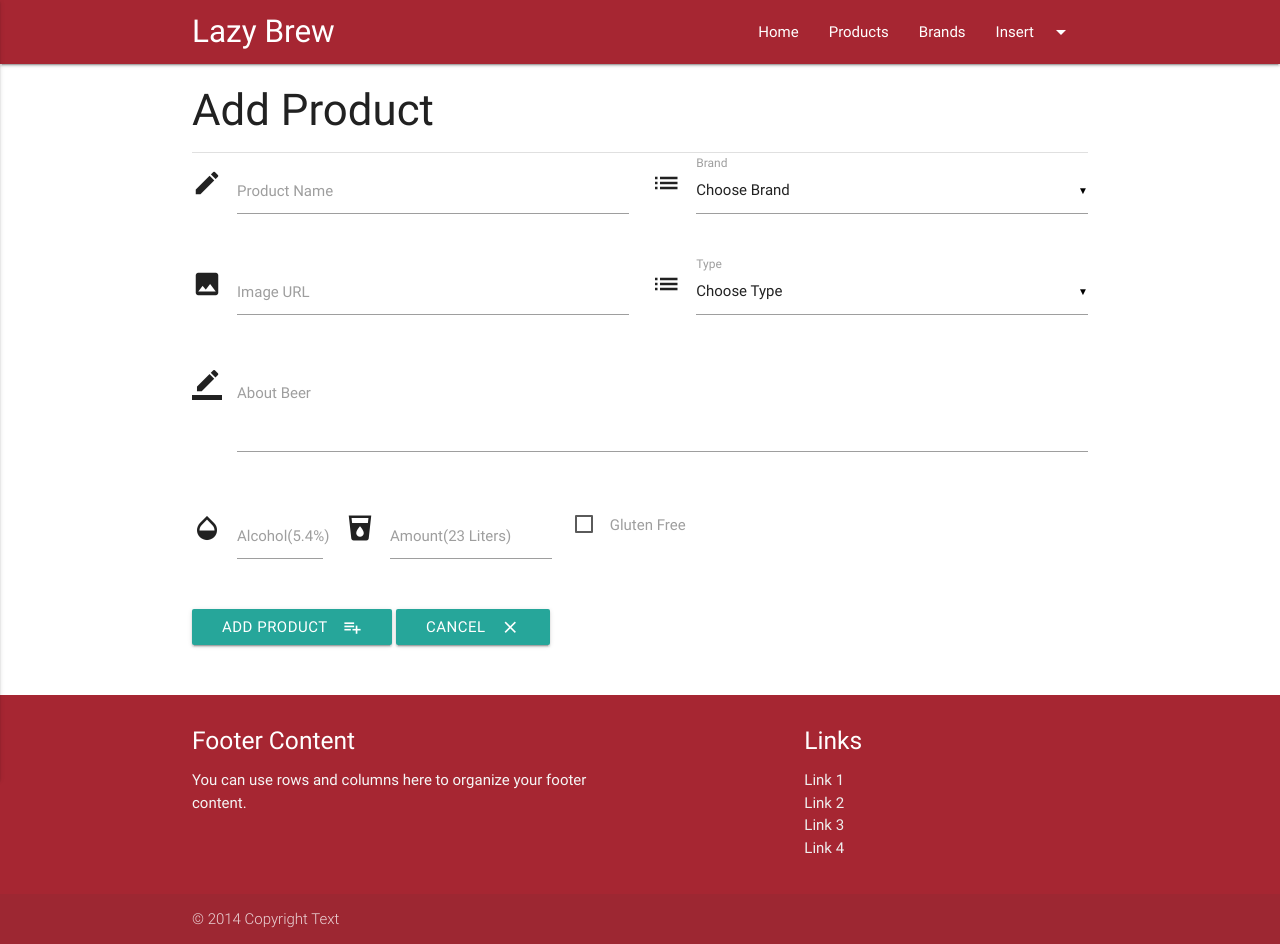
Repository: Leon2ev/lazy-brew
Page: http://localhost/add_product
The author's editor kept a record of every edit. The page is drawn from the files as they stood at one moment, then again after the next edit.
The browser window is 1280 px wide. The pictures show the whole page.
Some web libraries are served in a nearby version. The page is served by the project's application, run on Flask 3 (app.py). Queries for data that is not in the repository find no rows.

Above is the page before.

### templates/addproduct.html
{% extends 'base.html' %}
{% block content %}
    <div class="container">
        <h3>Add Product</h3>
        <div class="divider"></div>
        <form action="{{url_for('insert_product')}}" method="POST" class="add-product col s12">
            <div class="row">
                <div class="input-field col s12 l6">
                    <i class="material-icons prefix">create</i>
                    <input id="name" name="name" type="text" class="validate">
                    <label for="icon_prefix">Product Name</label>
                </div>
                <div class="input-field col s12 l6">
                    <i class="material-icons prefix">list</i>
                    <select id="brand_id" name="brand_id">
                        <option value="" disabled selected>Choose Brand</option>
                        {% for brand in brands %}
                            <option value={{brand._id}}>{{brand.name}}</option>
                        {% endfor %}
                    </select>
                    <label>Brand</label>
                </div>
            </div>
            <div class="row">
                <div class="input-field col s12 l6">
                    <i class="material-icons prefix">insert_photo</i>
                    <input id="image_url" name="image_url" type="text" class="validate">
                    <label for="icon_prefix">Image URL</label>
                </div>
                <div class="input-field col s12 l6">
                    <i class="material-icons prefix">list</i>
                    <select id="type_id" name="type_id">
                        <option value="" disabled selected>Choose Type</option>
                        {% for type in types %}
                            <option value="{{type._id}}">{{type.name}}</option>
                        {% endfor %}
                    </select>
                    <label>Type</label>
                </div>
            </div>
            <div class="row">
                <div class="input-field col s12">
                    <i class="material-icons prefix">border_color</i>
                    <textarea id="textarea1" name="about" class="materialize-textarea"></textarea>
                    <label for="icon_prefix">About Beer</label>
                </div>
            </div>
            <div class="row">
                <div class="input-field col s12 l2">
                    <i class="material-icons prefix">opacity</i>
                    <input id="abv" name="abv" type="text" class="validate">
                    <label for="icon_prefix">Alcohol(5.4%)</label>
                </div>
                <div class="input-field col s12 l3">
                    <i class="material-icons prefix">local_drink</i>
                    <input id="amount" name="amount" type="text" class="validate">
                    <label for="icon_prefix">Amount(23 Liters)</label>
                </div>
                <div class="col s12 l2">
                    <p>
                        <input type="checkbox" id="gluten" name="gluten"/>
                        <label for="gluten">Gluten Free</label>
                    </p>
                </div>
            </div>
            <div class="row">
                <div class="col s12">
                    <button class="btn waves-effect waves-light" type="submit">Add Product
                        <i class="material-icons right">playlist_add</i>
                    </button>
                    <a class="waves-effect waves-light btn modal-trigger" href="#modal1">Cancel
                        <i class="material-icons right">clear</i>
                    </a>
                </div>
            </div>
        </form>
        <div class="row">
            <div id="modal1" class="modal">
                <div class="modal-content">
                    <h4>Are you agree to cancel?</h4>
                    <p>All changes will be lost and you will go back to description page.</p>
                </div>
                <div class="modal-footer">
                    <a href="#!" class="modal-action modal-close waves-effect waves-green btn-flat">Go Back</a>
                    <a href="{{url_for('get_products')}}" class="modal-action modal-close waves-effect waves-green btn-flat">Agree</a>
                </div>
            </div>
        </div>
    </div>
{% endblock %}

### templates/base.html
<!DOCTYPE html>
<html lang="en">
    <head>
        <meta charset="UTF-8">
        <meta name="viewport" content="width=device-width, initial-scale=1.0">
        <meta http-equiv="X-UA-Compatible" content="ie=edge">

        <title>Document</title>

        <link href="https://fonts.googleapis.com/icon?family=Material+Icons" rel="stylesheet">
        <link rel="stylesheet" href="https://cdnjs.cloudflare.com/ajax/libs/materialize/0.100.2/css/materialize.min.css">
        <link rel="stylesheet" href="{{url_for('static', filename='css/style.css')}}" type="text/css">
    </head>
    <body>
        <header>
            <nav class="navbar">
                <div class="container nav-wrapper">
                    <a href="{{url_for('home_page')}}" class="brand-logo">Lazy Brew</a>
                    <a href="#" data-activates="mobile-demo" class="button-collapse"><i class="material-icons">menu</i></a>
                    <ul class="right hide-on-med-and-down">
                        <li><a href="{{url_for('home_page')}}">Home</a></li>
                        <li><a href="{{url_for('get_products')}}">Products</a></li>
                        <li><a href="{{url_for('get_brands')}}">Brands</a></li>
                        <!-- Dropdown Trigger -->
                        <li><a class="dropdown-button" href="#!" data-activates="dropdown1">Insert<i class="material-icons right">arrow_drop_down</i></a></li>
                    </ul>
                    <!-- Dropdown Structure -->
                    <ul id="dropdown1" class="dropdown-content">
                        <li><a href="{{url_for('add_product')}}">Insert Product</a></li>
                        <li class="divider"></li>
                        <li><a href="{{url_for('add_brand')}}">Insert Brand</a></li>
                    </ul>
                    <ul class="side-nav" id="mobile-demo">
                        <li><a href="{{url_for('home_page')}}">Home</a></li>
                        <li><a href="{{url_for('get_products')}}">Products</a></li>
                        <li><a href="{{url_for('get_brands')}}">Brands</a></li>
                        <!-- Mobile Dropdown Trigger -->
                        <li><a class="dropdown-button" href="#!" data-activates="dropdown2">Insert<i class="material-icons right">arrow_drop_down</i></a></li>

                    </ul>
                    <!-- Dropdown Structure -->
                    <ul id="dropdown2" class="dropdown-content">
                        <li><a href="{{url_for('add_product')}}">Insert Product</a></li>
                        <li class="divider"></li>
                        <li><a href="{{url_for('add_brand')}}">Insert Brand</a></li>
                    </ul>
                </div>
            </nav>
        </header>
        {% block content %}{% endblock %}
        <footer class="page-footer">
            <div class="container">
                <div class="row">
                    <div class="col l6 s12">
                        <h5 class="white-text">Footer Content</h5>
                        <p class="grey-text text-lighten-4">You can use rows and columns here to organize your footer content.</p>
                    </div>
                    <div class="col l4 offset-l2 s12">
                        <h5 class="white-text">Links</h5>
                        <ul>
                            <li><a class="grey-text text-lighten-3" href="#!">Link 1</a></li>
                            <li><a class="grey-text text-lighten-3" href="#!">Link 2</a></li>
                            <li><a class="grey-text text-lighten-3" href="#!">Link 3</a></li>
                            <li><a class="grey-text text-lighten-3" href="#!">Link 4</a></li>
                        </ul>
                    </div>
                </div>
            </div>
            <div class="footer-copyright">
                <div class="container">
                    © 2014 Copyright Text
                </div>
            </div>
        </footer>
        <script src="https://cdnjs.cloudflare.com/ajax/libs/jquery/3.2.1/jquery.min.js"></script>
        <script src="https://cdnjs.cloudflare.com/ajax/libs/materialize/0.100.2/js/materialize.min.js"></script>
        <script type="text/javascript">
            $(document).ready(function() {
                $('select').material_select();
                $(".button-collapse").sideNav();
                $(".dropdown-button").dropdown({
                    belowOrigin: true
                    }
                );
                $('.modal').modal();
            });
        </script>
    </body>
</html>

### app.py
import os
from flask import Flask, render_template, redirect, request, url_for
from flask_pymongo import PyMongo
from bson.objectid import ObjectId

app = Flask(__name__)

# Connection to MongoDB

app.config["MONGO_DBNAME"] = 'beer_brewing'
app.config["MONGO_URI"] = os.getenv('MONGO_URI', 'mongodb://localhost')

mongo = PyMongo(app)

# App routes ------------------------------------------------------------

@app.route('/')

# Home page

@app.route('/home_page')
def home_page():
    return render_template("index.html",
    types=mongo.db.types.find())
# Product Routes
# Product selection

@app.route('/get_products')
def get_products():
    return render_template("products.html",
    products=mongo.db.products.find())

# Single product description

@app.route('/get_description/<product_id>')
def get_description(product_id):
    return render_template("description.html",
    brands=mongo.db.brands.find(),
    types=mongo.db.types.find(),
    product=mongo.db.products.find_one({"_id": ObjectId(product_id)}))

# Add product

@app.route('/add_product')
def add_product():
    return render_template("addproduct.html",
    brands=mongo.db.brands.find(),
    types=mongo.db.types.find())

# Proceed inserted data to mongo

@app.route('/insert_product', methods=["POST"])
def insert_product():
    products=mongo.db.products
    brand_id = request.form.get('brand_id')
    type_id = request.form.get('type_id')
    dictionary = {
        'name': request.form.get('name'),
        'brand_id': ObjectId(brand_id),
        'image_url': request.form.get('image_url'),
        'type_id': ObjectId(type_id),
        'about': request.form.get('about'),
        'abv': request.form.get('abv'),
        'amount': request.form.get('amount'),
        'gluten': request.form.get('gluten')
    }

    products.insert_one(dictionary)
    return redirect(url_for('get_products'))

# Edit product

@app.route('/edit_product/<product_id>')
def edit_product(product_id):
    return render_template("editproduct.html",
    product=mongo.db.products.find_one({"_id": ObjectId(product_id)}),
    brands=mongo.db.brands.find(),
    types=mongo.db.types.find())

# Update product

@app.route('/update_product/<product_id>', methods=["POST"])
def update_product(product_id):
    products=mongo.db.products
    brand_id = request.form.get('brand_id')
    type_id = request.form.get('type_id')
    products.update({'_id': ObjectId(product_id)},
    {
        'name': request.form.get('name'),
        'brand_id': ObjectId(brand_id),
        'image_url': request.form.get('image_url'),
        'type_id': ObjectId(type_id),
        'about': request.form.get('about'),
        'abv': request.form.get('abv'),
        'amount': request.form.get('amount'),
        'gluten': request.form.get('gluten')
    })
    return redirect(url_for('get_products'))

# Delete product

@app.route('/delete_product/<product_id>')
def delete_product(product_id):
    mongo.db.products.remove({'_id': ObjectId(product_id)})
    return redirect(url_for('get_products'))

# Brand Routes
# Add Brand

@app.route('/get_brands')
def get_brands():
    return render_template("brands.html",
    brands=mongo.db.brands.find())

@app.route('/add_brand')
def add_brand():
    return render_template("addbrand.html")

# Proceed inserted data to mongo

@app.route('/insert_brand', methods=["POST"])
def insert_brand():
    brands=mongo.db.brands
    brands.insert_one(request.form.to_dict())
    return redirect(url_for('get_brands'))

# Edit brand

@app.route('/edit_brand/<brand_id>')
def edit_brand(brand_id):
    return render_template("editbrand.html",
    brand=mongo.db.brands.find_one({"_id": ObjectId(brand_id)}))

# Update brand

@app.route('/update_brand/<brand_id>', methods=["POST"])
def update_brand(brand_id):
    brands=mongo.db.brands
    brands.update({'_id': ObjectId(brand_id)},
    {
        'name': request.form.get('name'),
        'country': request.form.get('country'),
        'website_URL': request.form.get('website_URL'),
        'instruction_URL': request.form.get('instruction_URL'),
    })
    return redirect(url_for('get_brands'))

# Delete brand

@app.route('/delete_brand/<brand_id>')
def delete_brand(brand_id):
    mongo.db.brands.remove({'_id': ObjectId(brand_id)})
    return redirect(url_for('get_brands'))

if __name__ == "__main__":
    app.run(host=os.environ.get('IP'),
        port=int(os.environ.get('PORT')),
        debug=True)

### static/css/style.css
/*Background image Homepage*/
.bg-img {
    background-image: url(https://i.imgur.com/lFnh2xG.jpg);
    background-repeat: no-repeat;
    background-position: center center;
    background-attachment: fixed;
    background-size: cover;
    background-color: black;
    height: 100%;
    padding-top: 50px;
    padding-bottom: 50px;
}

/*Content home page*/
.bg-content {
    background-color: rgb(0,0,0, 0.5);
    color: white;
    border-radius: 10px;
}

/*Navbar*/
.navbar {
    background-color: #a62632;
}

/*Footer*/
.page-footer {
    background-color: #a62632;
}

/*Button*/
.btn {
    margin-top: 10px;
    margin-bottom: 10px;
}

.btn-flat {
    margin-top: 10px;
    margin-bottom: 10px;
}

/*Cards Products page*/
.card.medium .card-image {
    max-height: 65%;
}

.card.medium .card-content {
    padding: 15px;
}

.card .card-action a:not(.btn):not(.btn-large):not(.btn-large):not(.btn-floating) {
    color: #26a69a;
}

/*Description page*/

.description-container {
    margin-top: 35px;
    margin-bottom: 35px;
}

.description-img {
    width: 100%;
    height: auto;
}

/*Edit product*/

.edit-product {
    margin-top: 20px;
}

After the next edit:
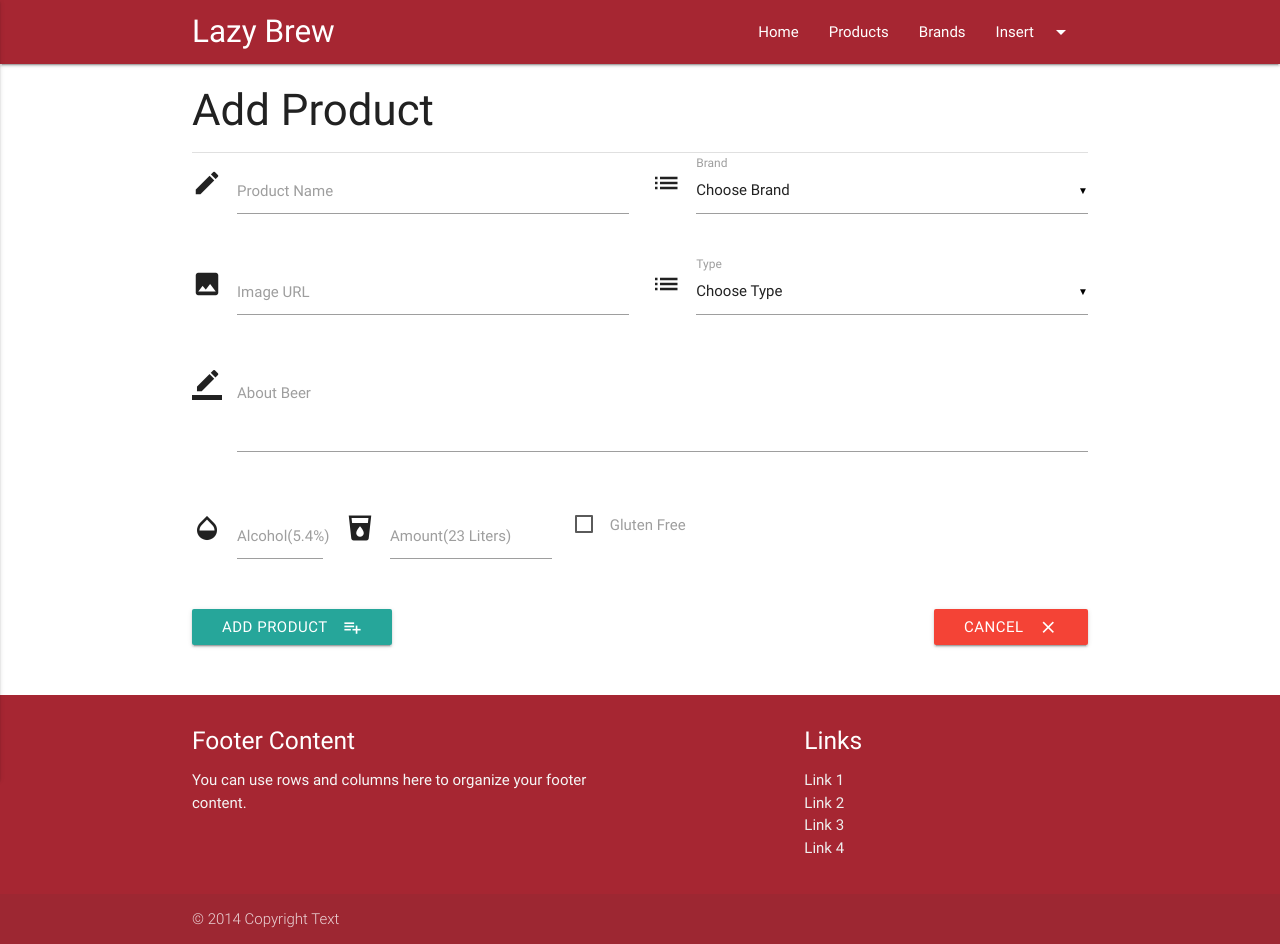
The edit:
--- a/templates/addproduct.html
+++ b/templates/addproduct.html
@@ -68,7 +68,7 @@
                     <button class="btn waves-effect waves-light" type="submit">Add Product
                         <i class="material-icons right">playlist_add</i>
                     </button>
-                    <a class="waves-effect waves-light btn modal-trigger" href="#modal1">Cancel
+                    <a class="waves-effect waves-light btn modal-trigger right red" href="#modal1">Cancel
                         <i class="material-icons right">clear</i>
                     </a>
                 </div>
